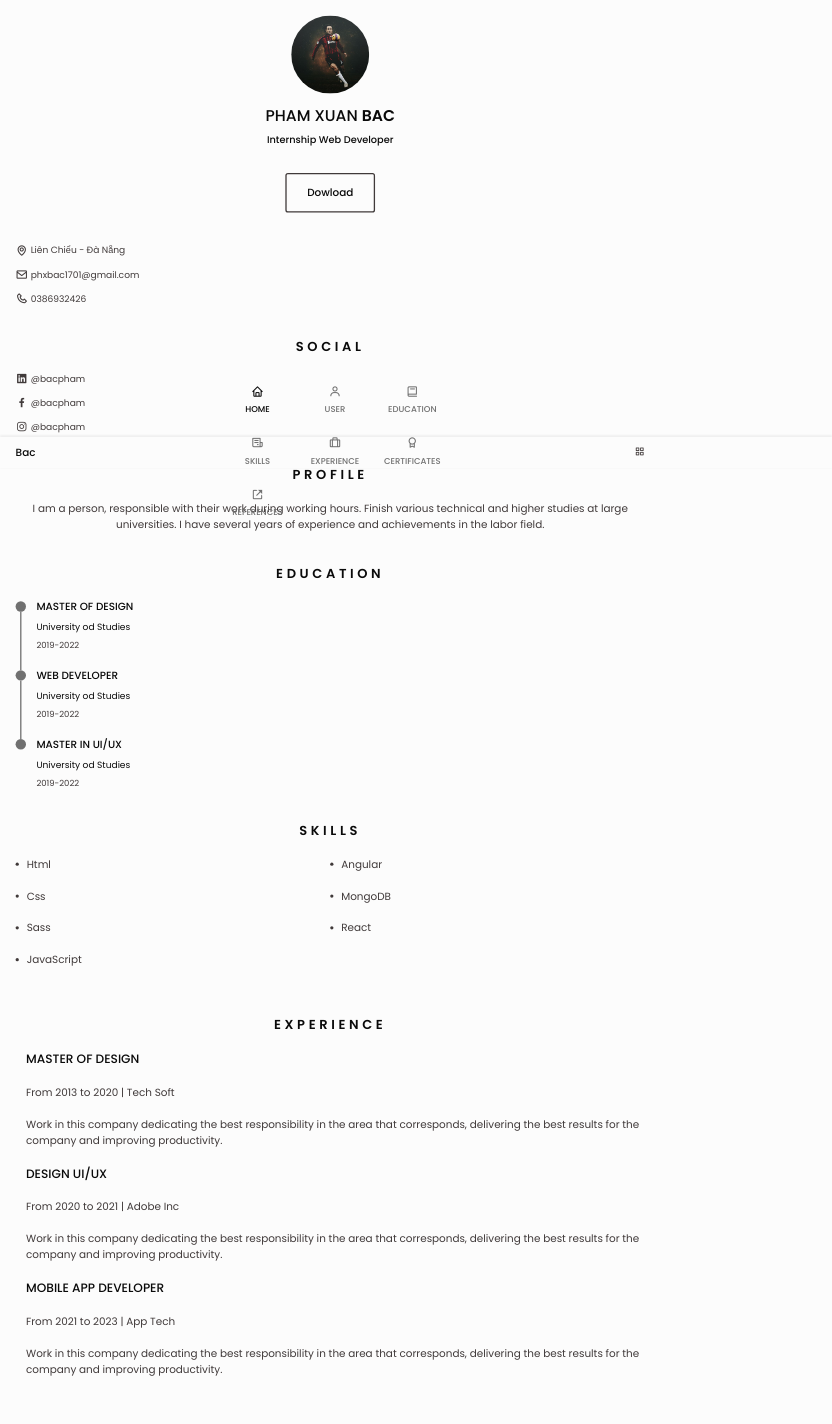
Repository: northpx/myCV
Page: index.html
These files come from the project's save history. The page is drawn as it stood at one moment and after the next save; the edit follows.
The browser window is 1280 px wide. The pictures show the whole page, at 65% of full size.

Above is the page before, as saved 2023-02-23 12:45:31.

After the next save:
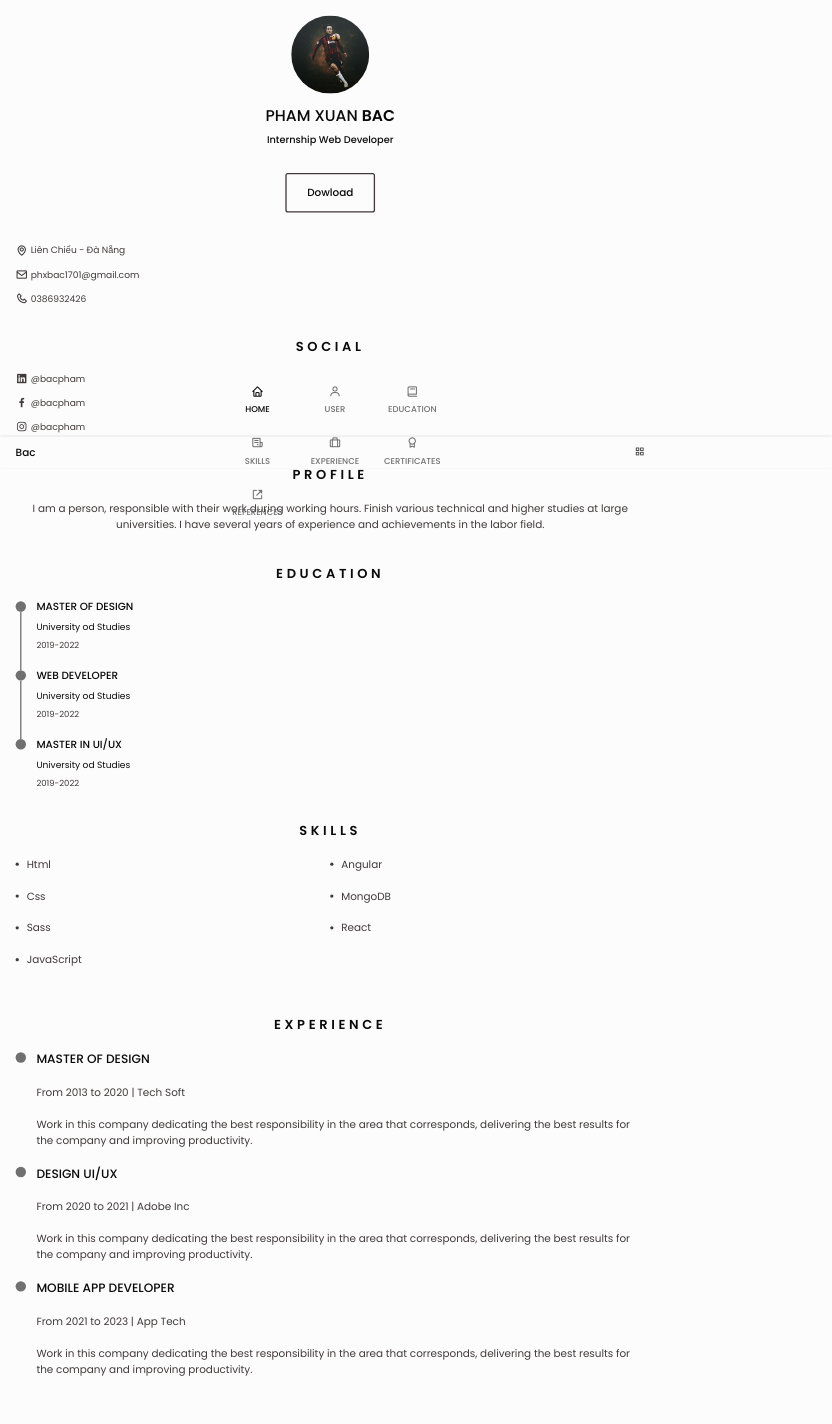
Saved 5 s later.
--- a/src/css/styles.css
+++ b/src/css/styles.css
@@ -264,7 +264,7 @@ img{
 }
 
 .education__rounder,
-.ex{
+.experience__rounder{
     position: relative;
     display: block;
     width: 16px;
